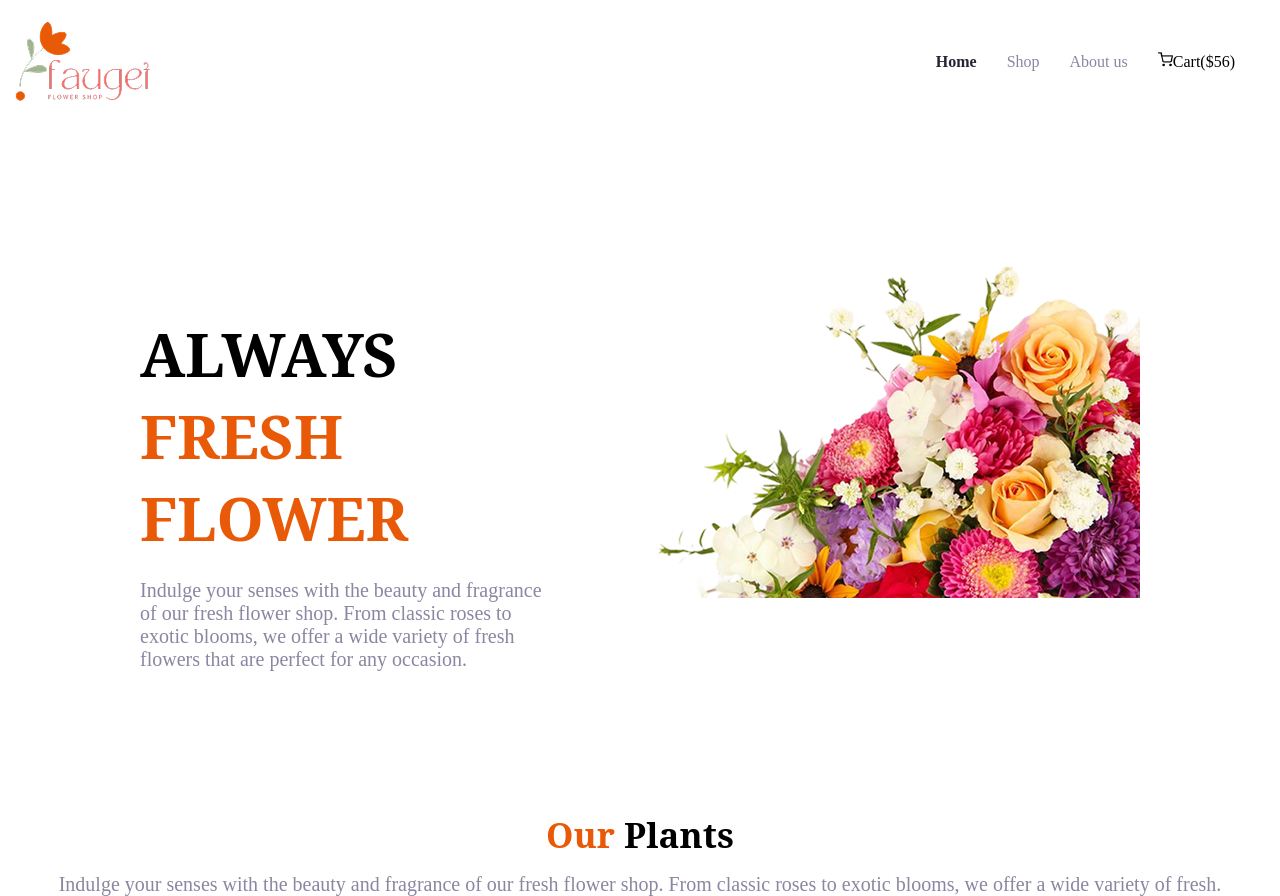
Repository: dollyrakhe22/Flowers-main-website
Page: index.html
The author's editor kept a copy of each file at every save. The page is drawn from the files as they stood at one save, then again after the next save.
The browser window is 1280 px wide. The pictures show the whole page.
Some web libraries are served in a nearby version.

Above is the page before, as saved 2025-07-24 01:08:40.

### index.html
<!DOCTYPE html>
<html lang="en">
<head>
    <meta charset="UTF-8">
    <meta name="viewport" content="width=device-width, initial-scale=1.0">
    <title>Flowers Site</title>
    <link rel="stylesheet" href="style.css">
    <link rel="stylesheet" href="https://cdnjs.cloudflare.com/ajax/libs/font-awesome/7.0.0/css/all.min.css" integrity="sha512-DxV+EoADOkOygM4IR9yXP8Sb2qwgidEmeqAEmDKIOfPRQZOWbXCzLC6vjbZyy0vPisbH2SyW27+ddLVCN+OMzQ==" crossorigin="anonymous" referrerpolicy="no-referrer" />
</head>
<body >
    <header>
           <nav class="nav-bar display-flex">
                <img src="assets/logo.png" alt="" srcset="">


              <ul class="list-link display-flex">
                <li class="list-item text-black ">Home</li>
                <li class="list-item text-gray">Shop</li>
                <li class="list-item text-gray">About us</li>
                <li class="list-item"><img src="assets/shopping-cart (1).jpg" alt="" srcset=""width="15px" height="15px">Cart($56)</li>
             </ul>
           </nav>
 <!--Fresh Flowers-->
 <section class="flower-section display-flex">
  <div class="fresh-flower">
   <h1 class="flower-title noto-serif-normal">ALWAYS <span class="primary-color">FRESH<br> FLOWER</span></h1>
   <p class="flower-description text-gray">Indulge your senses with the beauty and fragrance of our fresh flower shop. From classic roses to exotic blooms,
     we offer a wide variety of fresh flowers that are perfect for any occasion. </p>
  </div>
  <div class="flower-img">
    <img src="assets/hero-flower.png" alt="" srcset="">
  </div>

 </section>
 <!--Plants-->
<section class="plants-section">
  <div class="plant">
    <h1 class="plant-title noto-serif-normal"><span class="primary-color">Our</span> Plants</h1>
    <p class="plant-description text-gray">Indulge your senses with the beauty and fragrance  of our fresh flower shop.
      From classic roses to exotic blooms, we offer a wide variety of fresh.</p>


  </div>











</section>










    </header>
    <main>

    </main>
    <footer>

    </footer>
</body>
</html>

### style.css
@import url('https://fonts.googleapis.com/css2?family=Noto+Serif:ital,wght@0,100..900;1,100..900&display=swap');

*{
    box-sizing: border-box;
    margin: 0;
    padding: 0;
}

.noto-serif-normal{
  font-family: "Noto Serif", serif;
  font-optical-sizing: auto;
  font-style: normal;

}
/*shared style*/
.display-flex{
    display: flex;
}
/*black*/
.text-black{
    color:#252432;
    font-weight: bold;
}
/*dark 02*/
.text-gray{
    color: #8987A1;
}
.primary-color{
    color:#E95A08;
}
/*navbar start*/
.nav-bar{
   justify-content: space-between;
   margin: 20px auto;
   max-width: 1250px;




}
.list-link{
    justify-items: center;
    justify-content: center;
    align-items: center;



}
nav ul li{
    list-style: none;
    margin-right: 30px;
}

/*Fresh Flower*/
.fresh-flower{
    margin-top: 70px;
}
.flower-section{
    max-width: 100%;
   margin: 140px;
   gap: 10px;
}
.flower-title{
      font-size: 3.75rem;
}
.flower-description{
    font-size: 1.25rem;
    margin-top: 20px;
}
/*Plants*/
.plant{
  justify-items: center;
}
.plant-title{
    font-size: 2.18rem;
    font-weight: 700;
}
.plant-description{
    font-size: 1.25rem;
    margin-top: 15px;

}

After the next save:
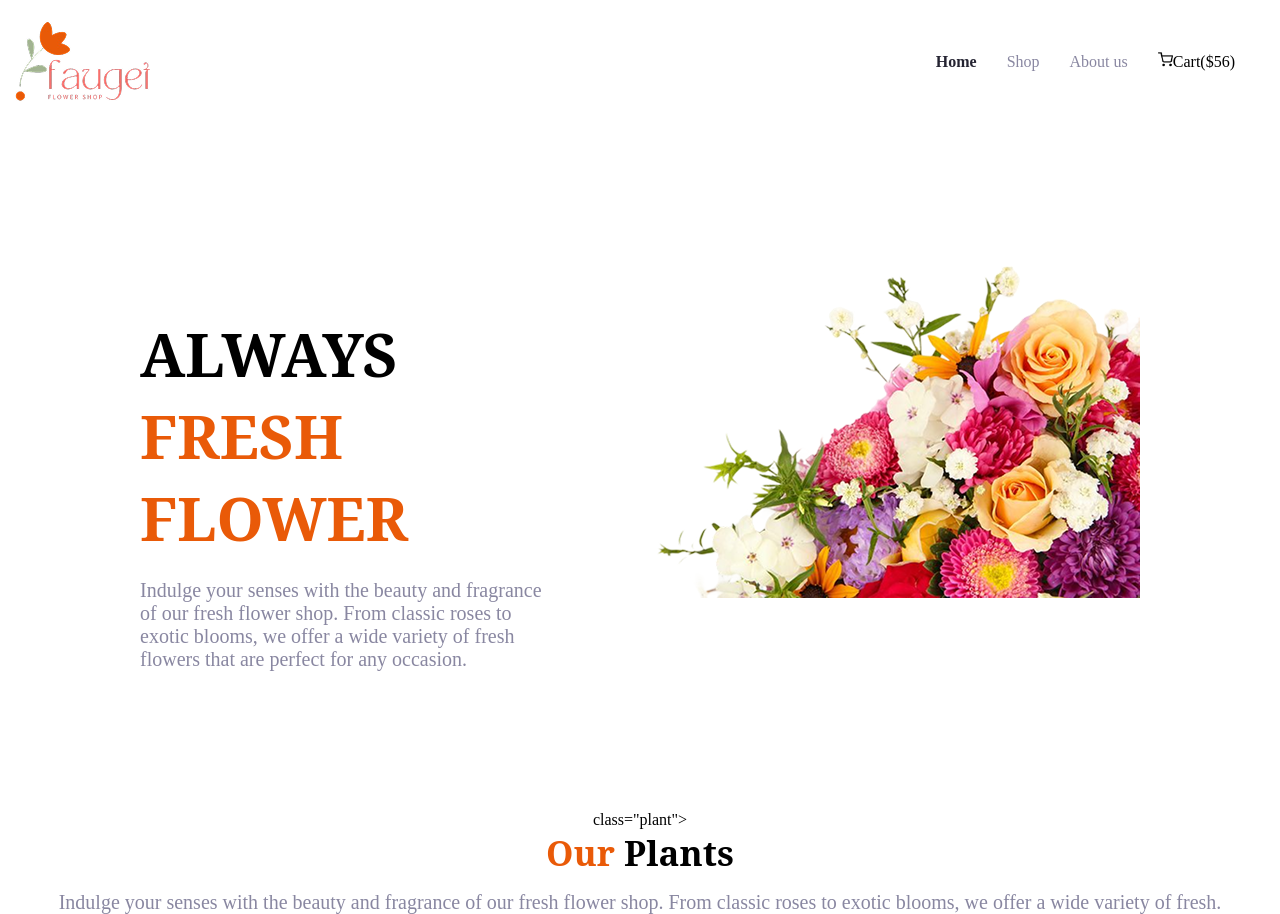
Saved 2 min 48 s later.
--- a/index.html
+++ b/index.html
@@ -34,7 +34,7 @@
  </section>
  <!--Plants-->
 <section class="plants-section">
-  <div class="plant">
+   class="plant">
     <h1 class="plant-title noto-serif-normal"><span class="primary-color">Our</span> Plants</h1>
     <p class="plant-description text-gray">Indulge your senses with the beauty and fragrance  of our fresh flower shop.
       From classic roses to exotic blooms, we offer a wide variety of fresh.</p>
--- a/style.css
+++ b/style.css
@@ -68,7 +68,7 @@ nav ul li{
     margin-top: 20px;
 }
 /*Plants*/
-.plant{
+.plants-section{
   justify-items: center;
 }
 .plant-title{

After the save that followed:
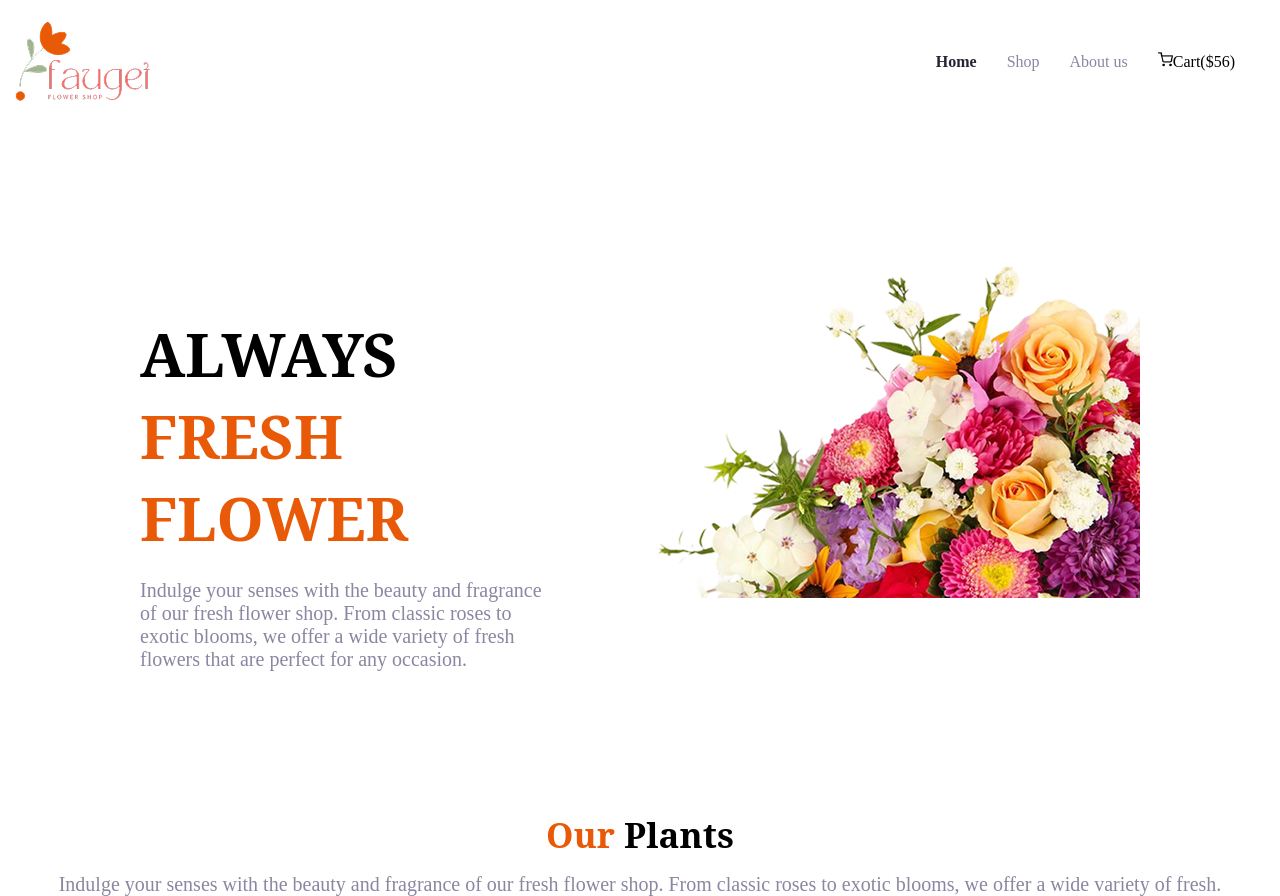
Saved 17 s later.
--- a/index.html
+++ b/index.html
@@ -34,13 +34,11 @@
  </section>
  <!--Plants-->
 <section class="plants-section">
-   class="plant">
+
     <h1 class="plant-title noto-serif-normal"><span class="primary-color">Our</span> Plants</h1>
     <p class="plant-description text-gray">Indulge your senses with the beauty and fragrance  of our fresh flower shop.
       From classic roses to exotic blooms, we offer a wide variety of fresh.</p>
 
-
-  </div>
 
 
 
